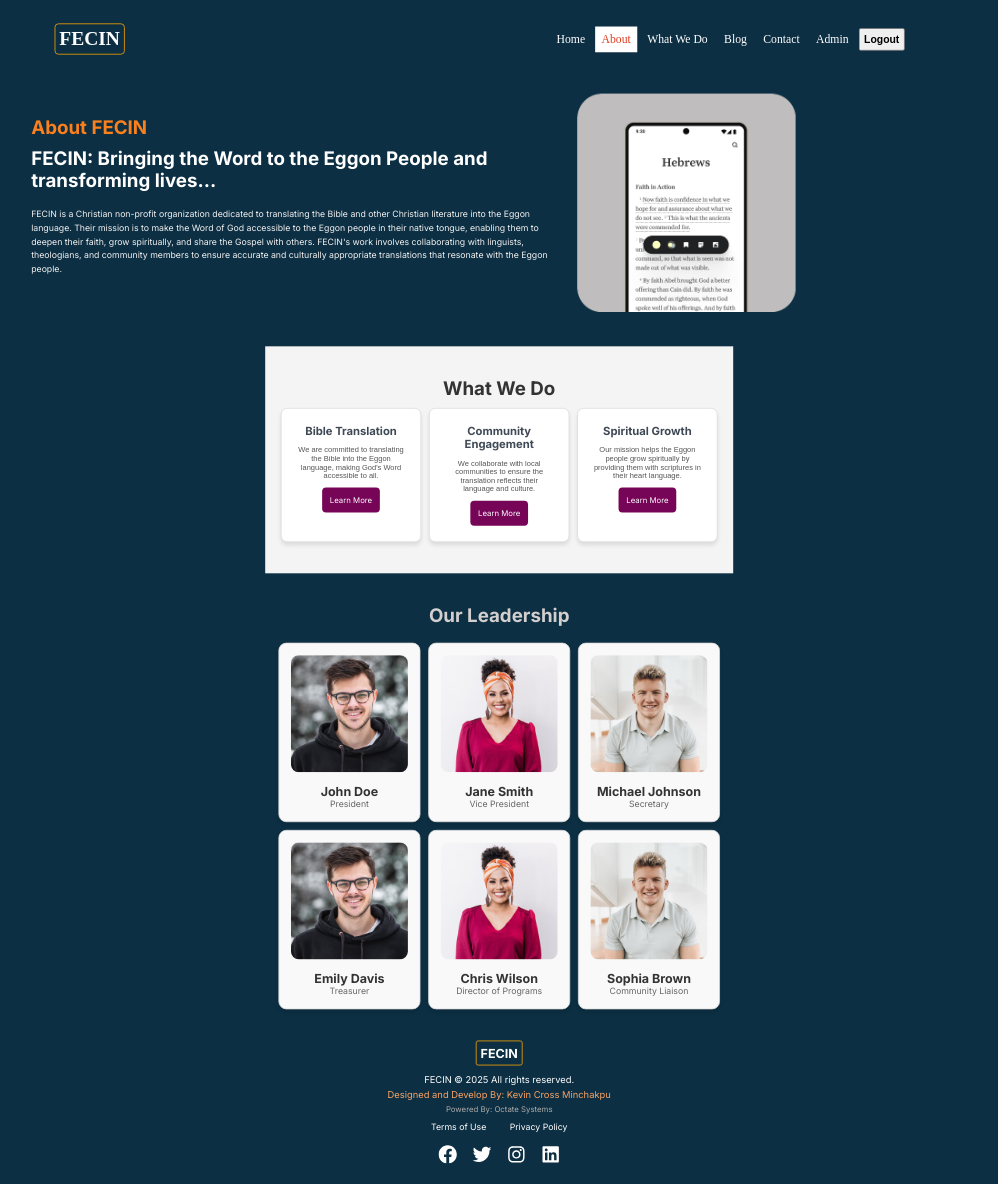
Repository: KCMinchakpu/fecin-projectgs497
Page: /about
The author's editor kept a copy of each file at every save. The page is drawn from the files as they stood at one save, then again after the next save.
The browser window is 1280 px wide. The pictures show the whole page, at 78% of full size.
The project was rebuilt for these pictures with package versions that can differ from the ones it lists, and the page was loaded fresh each time. The framework's server and built-in components were replaced by stand-ins that run in the browser. Also part of the build but not shown: next.config.mjs.

Above is the page before, as saved 2025-04-02 18:11:41.

### src/app/layout.js
import {Inter} from "next/font/google";
import "./globals.css";
import Navbar from "@/components/navbar/Navbar";
import Footer from "@/components/footer/Footer";

const inter = Inter({ subsets: ["latin"]});

export const metadata = {
  title: "FECIN Bible Translation Project",
  description: "This is the official FECIN Bible Translation Project",
};

export default function RootLayout({ children }) {
  return (
    <html lang="en">
      <body className={inter.className}>
        <div className="container">
        <Navbar />
        {children}
        <Footer />
        </div>
      </body>
    </html>
  );
}

### src/app/about/page.jsx
import React from 'react';
import Image from 'next/image';
import Link from 'next/link';
import styles from './about.module.css';

const AboutPage = () => {
  return (
    <div className={styles.container}>
      {/* About Section */}
      <div className={styles.aboutSection}>
        <div className={styles.textContainer}>
          <h2 className={styles.subtitle}>About FECIN</h2>
          <h1 className={styles.title}>
            FECIN: Bringing the Word to the Eggon People and transforming lives...
          </h1>
          <p className={styles.desc}>
            FECIN is a Christian non-profit organization dedicated to translating the Bible
            and other Christian literature into the Eggon language. Their mission is to make the
            Word of God accessible to the Eggon people in their native tongue, enabling them to
            deepen their faith, grow spiritually, and share the Gospel with others. FECIN's work
            involves collaborating with linguists, theologians, and community members to ensure
            accurate and culturally appropriate translations that resonate with the Eggon people.
          </p>
        </div>
        <div className={styles.imgContainer}>
          <Image
            src="/bible-app-2.png"
            alt="About Image"
            width={480}
            height={480}
            className={styles.img}
          />
        </div>
      </div>

      {/* Features Section */}
      <div className={styles.featuresContainer}>
        <h2 className={styles.featuresTitle}>What We Do</h2>
        <div className={styles.featuresList}>
          <div className={styles.featureCard}>
            <h3 className={styles.featureTitle}>Bible Translation</h3>
            <p className={styles.featureDesc}>
              We are committed to translating the Bible into the Eggon language, making God's Word accessible to all.
            </p>
            <Link href="/bible-translation" className={styles.learnMoreButton}>Learn More</Link>
          </div>
          <div className={styles.featureCard}>
            <h3 className={styles.featureTitle}>Community Engagement</h3>
            <p className={styles.featureDesc}>
              We collaborate with local communities to ensure the translation reflects their language and culture.
            </p>
            <Link href="/community-engagement" className={styles.learnMoreButton}>Learn More</Link>
          </div>
          <div className={styles.featureCard}>
            <h3 className={styles.featureTitle}>Spiritual Growth</h3>
            <p className={styles.featureDesc}>
              Our mission helps the Eggon people grow spiritually by providing them with scriptures in their heart language.
            </p>
            <Link href="/spiritual-growth" className={styles.learnMoreButton}>Learn More</Link>

          </div>
        </div>
      </div>

      {/* Leadership Section */}
      <div className={styles.leadershipSection}>
        <h2 className={styles.leadershipTitle}>Our Leadership</h2>
        <div className={styles.leadershipGrid}>
          {/* Leader Cards */}
          {[
            { name: 'John Doe', position: 'President', image: '/team-1.jpg' },
            { name: 'Jane Smith', position: 'Vice President', image: '/team-2.jpg' },
            { name: 'Michael Johnson', position: 'Secretary', image: '/team-3.jpg' },
            { name: 'Emily Davis', position: 'Treasurer', image: '/team-1.jpg' },
            { name: 'Chris Wilson', position: 'Director of Programs', image: '/team-2.jpg' },
            { name: 'Sophia Brown', position: 'Community Liaison', image: '/team-3.jpg' },
          ].map((leader, index) => (
            <div key={index} className={styles.leaderCard}>
              <Image src={leader.image} alt={leader.name} width={150} height={150} className={styles.leaderImage} />
              <h3 className={styles.leaderName}>{leader.name}</h3>
              <p className={styles.leaderPosition}>{leader.position}</p>
            </div>
          ))}
        </div>
      </div>
    </div>
  );
};

export default AboutPage;

### src/app/globals.css
:root {
    --bg: #0c2f43;
    --text: white;
    --bgSoft: #091f2c;
    --textSoft: rgb(237, 232, 232);
    --btn: #de3c21;
    --bgWhite: white;
    --textGray: #444444;
}

/* Box sizing rules */
* {
    box-sizing: border-box;
    margin:0;
    padding: 0;
  }

/* Set core body defaults */
body {
    background-color: var(--bgWhite);
    color: var(--text);
  }

a {
    color: inherit;
    text-decoration: none;
}

.container {
  background-color: var(--bg);
  width: 100%; /* Default for small screens */
  margin: auto;
  padding-left: 20px;
  padding-right: 20px;
  min-height: 120vh;
  display: flex;
  flex-direction: column;
  justify-content: space-between;
}

### src/components/navbar/Navbar.jsx
import React from 'react';
import Link from 'next/link';
import Links from "./links/Links";
import styles from "./navbar.module.css";

const Navbar = () => {
  return (
    <div className={styles.container}>
      <Link href="/" className={styles.logo}>FECIN</Link>
      <div>
        <Links />
      </div>
    </div>
  );
};

export default Navbar;

### src/components/footer/Footer.jsx
import React from 'react';
import styles from './footer.module.css';
import { FaFacebook, FaTwitter, FaInstagram, FaLinkedin } from 'react-icons/fa';

const Footer = () => {
  return (
    <div className={styles.container}>
      <div className={styles.logo}>
        {/* You can add a logo image here if needed */}
        <h2>FECIN</h2>
      </div>
      <div>
        <p className={styles.text}>FECIN © 2025 All rights reserved.</p>
        <p className={styles.author}>
          <a href="https://www.linkedin.com/in/kevin-cross-minchakpu-7897379a" target="_blank">Designed and Develop By: Kevin Cross Minchakpu</a>
          </p>
        <p className={styles.company}>
          <a href="https://octatesystems.github.io/OSNigeria/">Powered By: Octate Systems</a>
          </p>
      </div>
      <div className={styles.links}>
        <a href="/terms" className={styles.link}>Terms of Use</a>
        <a href="/privacy" className={styles.link}>Privacy Policy</a>
      </div>
      <div className={styles.socialIcons}>
        <a href="https://facebook.com" target="_blank" rel="noopener noreferrer" className={styles.icon}>
          <FaFacebook />
        </a>
        <a href="https://twitter.com" target="_blank" rel="noopener noreferrer" className={styles.icon}>
          <FaTwitter />
        </a>
        <a href="https://instagram.com" target="_blank" rel="noopener noreferrer" className={styles.icon}>
          <FaInstagram />
        </a>
        <a href="https://linkedin.com" target="_blank" rel="noopener noreferrer" className={styles.icon}>
          <FaLinkedin />
        </a>
      </div>
    </div>
  );
};

export default Footer;

### src/app/about/about.module.css
/* Main Container */
.container {
    display: flex;
    flex-direction: column;
    align-items: center;
    gap: 20px;
    padding: 20px;
  }

  /* About Section */
  .aboutSection {
    display: flex;
    flex-direction: row;
    justify-content: space-between;
    align-items: center;
    gap: 20px;
    width: 100%;
    max-width: 1200px;
    margin-bottom: 20px;
  }

  /* Text Section */
  .textContainer {
    flex: 1;
    text-align: left;
  }

  /* Text Styles */
  .subtitle {
    font-size: 1.5rem;
    color: #fc801b;
    margin-bottom: 10px;
  }

  .title {
    font-size: 1.5rem;
    font-weight: bold;
    margin-bottom: 20px;
  }

  .desc {
    font-size: .7rem;
    color: #f4f2f2;
    line-height: 1.6;
    margin-bottom: 20px;
  }

  /* Image Section */
  .imgContainer {
    flex: 1;
    position: relative;
    max-width: 500px;
    height: auto;
  }

  .img {
    object-fit: contain;
    width: 280px;
    height: 280px;
    color: #555;
  }

  /* Features Section */
.featuresContainer {
    width: 600px;
    padding: 40px 20px;
    background-color: #f4f4f4;
    text-align: center;
  }

  .featuresTitle {
    font-size: 1.5rem;
    font-weight: bold;
    color: #333;
    margin-bottom: 10px;
  }

  .featuresList {
    display: grid;
    grid-template-columns: repeat(3, 1fr);
    gap: 10px;
    justify-items: center;
  }

  .featureCard {
    background-color: white;
    border: 1px solid #ddd;
    border-radius: 8px;
    padding: 20px;
    width: 100%;
    max-width: 300px;
    text-align: center;
    box-shadow: 0 4px 6px rgba(0, 0, 0, 0.1);
  }

  .featureTitle {
    font-size: .9rem;
    font-weight: bold;
    color: #3f4955;
    margin-bottom: 10px;
  }

  .featureDesc {
    font-size: 0.6rem;
    color: #555;
    font-family: Arial, Helvetica, sans-serif;
  }

  .learnMoreButton {
    display: inline-block;
    margin-top: 10px;
    padding: 10px;
    background-color: #760558;
    color: #fff;
    border: none;
    border-radius: 5px;
    text-align: center;
    text-decoration: none;
    font-size: 10px;
    cursor: pointer;
    transition: background-color 0.3s ease;
  }

  .learnMoreButton:hover {
    background-color: #53769b;
  }

  /* Leadership Section */
.leadershipSection {
  margin-top: 20px;
  text-align: center;
}

.leadershipTitle {
  font-size: 1.5rem;
  margin-bottom: 20px;
  color: #d3cfcf;
}

.leadershipGrid {
  display: grid;
  grid-template-columns: repeat(3, 1fr);
  gap: 10px;
  justify-items: center;
  align-items: center;
}

.leaderCard {
  background-color: #f9f9f9;
  border: 1px solid #ddd;
  border-radius: 10px;
  padding: 15px;
  text-align: center;
  box-shadow: 0 4px 6px rgba(0, 0, 0, 0.1);
  transition: transform 0.3s, box-shadow 0.3s;
}

.leaderCard:hover {
  transform: translateY(-5px);
  box-shadow: 0 8px 12px rgba(0, 0, 0, 0.15);
}

.leaderImage {
  border-radius: 10px;
  margin-bottom: 10px;
}

.leaderName {
  font-size: 1rem;
  font-weight: bold;
  color: #333;
}

.leaderPosition {
  font-size: .7rem;
  color: #666;
}

@media (min-width: 480px) {
  .Container {
    flex-direction: column;
  }
}

### src/components/navbar/links/Links.jsx
"use client"

import React from "react";
import {useState} from  "react";
import Image from 'next/image';
import NavLink from "../navLink/NavLink";
import styles from "./links.module.css";


const links = [
  { title: "Home", path: "/" },
  { title: "About", path: "/about" },
  { title: "What We Do", path: "/whatwedo" },
  { title: "Blog", path: "/blog" },
  { title: "Contact", path: "/contact" },
];

const Links = () => {
  const [open,setOpen] = useState(false)

  //Temporary
  const session = true
  const isAdmin = true

  return (
    <div className={styles.container}>
    <div className={styles.links}>
      {links.map((link) => (
        <NavLink item={link} key={link.title} />
      ))}
      {session ? (
          <>
          {isAdmin && <NavLink item={{title: "Admin", path: "/admin"}} />}
         <button className={styles.logout}>Logout</button>
         </>
        ) : (
          <NavLink item={{title: "Login", path: "/login"}} />
        )
      }
      </div>
      <Image
      className={styles.menuButton}
      src="/menu.png"
      alt="Hamburger menu"
      width={30}
      height={30} onClick={() => setOpen((prev) => !prev)}
      />

      {open && ( <div className={styles.mobileLinks}>
          {links.map((link) => (
        <NavLink item={link} key={link.title} />
      ))}
    </div>
)}
</div>
  );
};

export default Links;

### src/components/navbar/navbar.module.css
.container {
    height: 100px;
    display: flex;
    align-items: center;
    justify-content: space-between;
}

.logo {
    font-size: 25px;
    font-weight: bold;
    font-family: "Play", serif;
    font-weight: 700;
    font-style: normal;
    border: 1.5px solid orange;
    padding: 5px;
    border-radius: 5px;
    margin-left: 50px;
}

### src/components/footer/footer.module.css
/* Footer Container */
.container {
    background-color: var(--bg);
    color: white;
    display: flex;
    flex-direction: column;
    align-items: center;
    justify-content: space-between;
    padding: 20px;
    text-align: center;
  }

  .logo h2 {
    font-size: 1rem;
    margin-bottom: 10px;
    border: 1px solid orange;
    padding: 5px;
    border-radius: 3px;
  }

  .text {
    margin-bottom: 5px;
    font-size: 12px;

  }
  .author {
    margin-bottom: 5px;
    font-size: 12px;
    color: rgb(250, 162, 99);
  }

  .company {
    margin-bottom: 5px;
    font-size: 10px;
    color: rgb(174, 172, 170);
  }

  .author:hover {
    text-decoration: underline;
  }

  .company:hover {
    text-decoration: underline;
  }

  .links {
    margin-bottom: 15px;
  }

  .link {
    color: white;
    margin: 0 15px;
    text-decoration: none;
    font-size: 0.7rem;
  }

  .link:hover {
    text-decoration: underline;
  }

  .socialIcons {
    display: flex;
    justify-content: center;
    gap: 20px;
  }

  .icon {
    font-size: 1.5rem;
    color: white;
    transition: color 0.3s ease;
  }

  .icon:hover {
    color: #0070f3;
  }


  @media (min-width: 768px) {
    .container {
      flex-direction: column;
      align-items: center;
      justify-content: space-around;
    }
  }

### src/components/navbar/navLink/navLink.jsx
"use client";

import React from "react";
import Link from "next/link";
import { usePathname } from "next/navigation";
import styles from "./navLink.module.css";

const NavLink = ({ item }) => {
  const pathName = usePathname();
  return (
    <Link
      href={item.path}
      className={`${styles.container} ${
        pathName === item.path ? styles.active : ""
      }`}
    >
      {item.title}
    </Link>
  );
};

export default NavLink;

### src/components/navbar/links/links.module.css
.links {
    display: flex;
    align-items: center;
    gap: 5px;
    font-family: "Play", serif;
    font-style: normal;
    margin-right: 100px;
    font-size: 15px;
}

.logout {
    padding: 5px;
    cursor: pointer;
    font-weight: bold;
}

.menuButton,
.mobileLinks {
   display: none;
  }

  @media (max-width: 480px){
    .links {
        display: none;
    }

    .menuButton {
        display: block;
        cursor: pointer;
      }

    .mobileLinks {
        position: absolute;
        top: 100px;
        right: 0;
        width: 50%;
        height: calc(100vh-100px);
        /*background-color: var(--bg);*/
       background-color: brown;
        display: flex;
        flex-direction: column;
        align-items: center;
        justify-content: center;
        gap: 10px;
      }
  }

### src/components/navbar/navLink/navLink.module.css
.container {
    padding: 8px;
    text-align: center;


}

.active {
    background-color: var(--text);
    color: var(--btn);
}

After the next save:
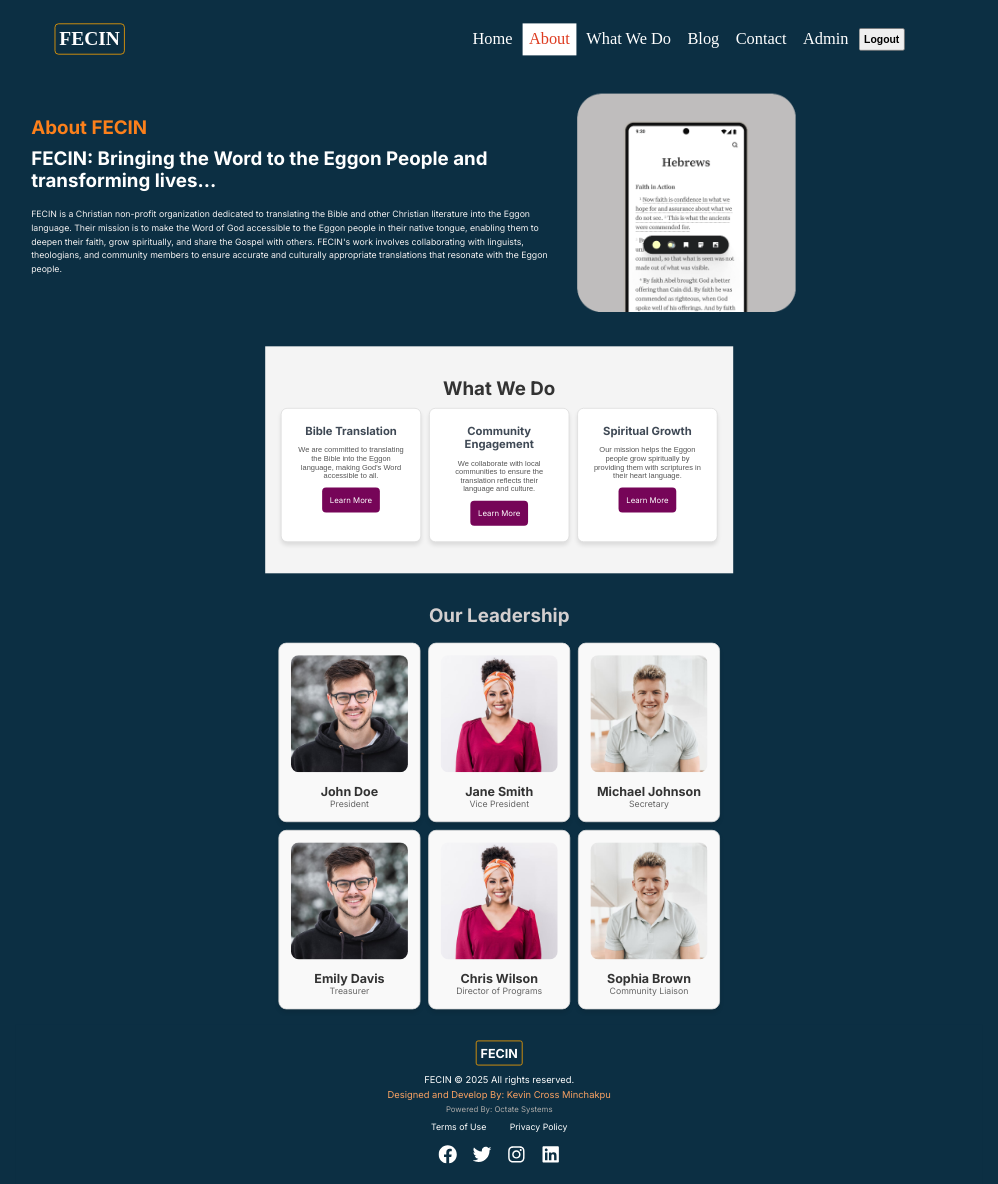
Saved 15 s later.
--- a/src/components/navbar/links/links.module.css
+++ b/src/components/navbar/links/links.module.css
@@ -5,7 +5,7 @@
     font-family: "Play", serif;
     font-style: normal;
     margin-right: 100px;
-    font-size: 15px;
+    font-size: 21px;
 }
 
 .logout {
